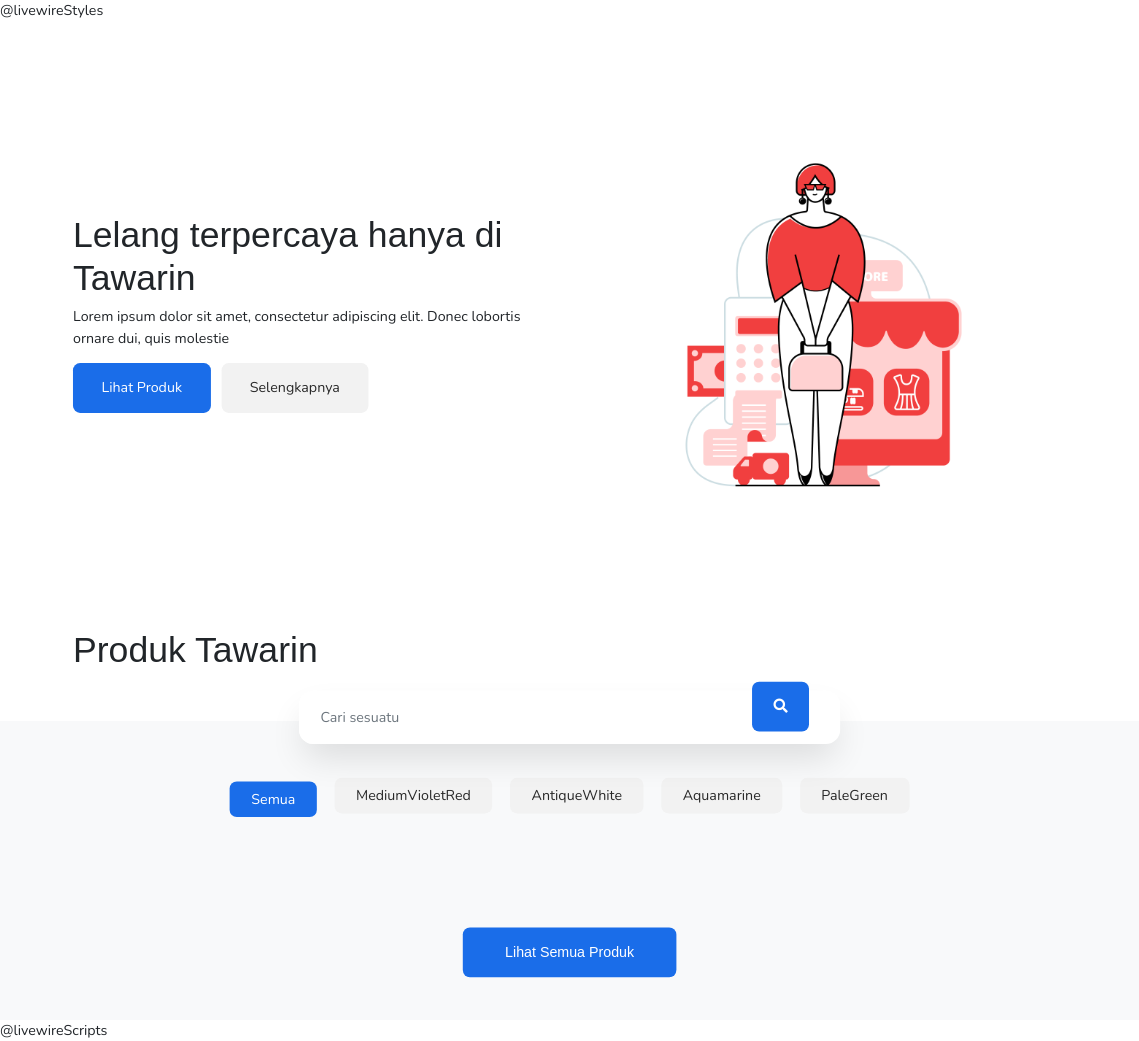
Repository: khulqu15/bidding-lite
Page: http://localhost/
The author's editor kept a copy of each file at every save. The page is drawn from the files as they stood at one save, then again after the next save.
The browser window is 1280 px wide. The pictures show the whole page, at 89% of full size.
Some web fonts or font styles are not loaded; a fallback is used. The page is served by the project's Laravel application, run on PHP 8.4 with Laravel 8. The database holds what the project's SQL file puts in it.

Above is the page before, as saved 2022-03-01 01:01:20.

After the next save:
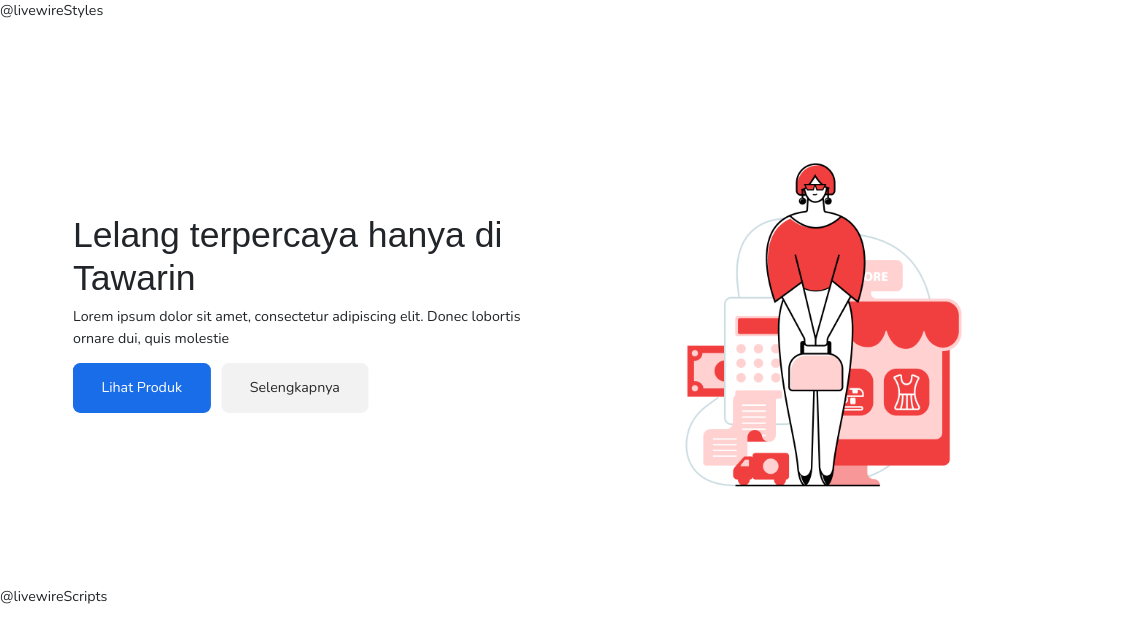
Saved 8 min 17 s later.
--- a/resources/views/welcome.blade.php
+++ b/resources/views/welcome.blade.php
@@ -18,61 +18,4 @@
     </div>
 </div>
 
-<div class="container mt-5">
-    <div class="row">
-        <div class="col-md-12">
-            <h1 class="viga">Produk Tawarin</h1>
-        </div>
-    </div>
-</div>
-
-<div class="container-fluid mt-5 pt-3 bg-light">
-    <div class="container">
-        <div class="row">
-            <div class="col-md-8 offset-md-2 text-center position-relative">
-                <div class="input-search-home">
-                    <form action="{{ route('home') }}" method="GET">
-                        <div class="row">
-                            <div class="col-9">
-                                <input value="{{ request()->get('name') == null ? null : request()->get('name') }}"
-                                type="text" name="name" placeholder="Cari sesuatu" class="form-control px-4 border-0">
-                            </div>
-                            <div class="col-3">
-                                @if (Request::get('name') == null)
-                                    <button type="submit" class="btn btnm-primary px-4">
-                                        <i class="fas fa-search"></i>
-                                    </button>
-                                @else
-                                    <a href="{{ route('home') }}" type="button" class="btn btnm-light px-4">
-                                        <i class="fas fa-undo"></i>
-                                    </a>
-                                @endif
-                            </div>
-                        </div>
-                    </form>
-                </div>
-            </div>
-            <div class="col-md-12 text-center">
-                <div class="pt-5 pb-3 d-inline-block">
-                    <a href="{{ route('home') }}" class="btn {{ request()->get('category') == null ? 'btnm-primary' : 'btnm-light' }} btnm-primary my-md-0 my-2 mx-2 px-4 py-2">Semua</a>
-                    @foreach ($categories as $category)
-                        <a href="{{ route('home', ['category' => $category->id]) }}"
-                        class="btn {{ request()->get('category') == $category->id ? 'btnm-primary' : 'btnm-light' }} mb-md-2 mt-md-0 my-2 mx-2 px-4 py-2">{{ $category->name }}</a>
-                    @endforeach
-                </div>
-            </div>
-        </div>
-        <div class="row mt-4">
-            @foreach ($products as $product)
-            <div class="col-md-4 col-sm-6 my-2">
-                <livewire:components.card-product :product='$product'/>
-            </div>
-            @endforeach
-            <div class="col-12 text-center py-4 mt-4">
-                <button onclick="window.location = '{{ route('products') }}'" class="btn btnm-primary px-5 mb-4 py-3 viga">Lihat Semua Produk</button>
-            </div>
-        </div>
-    </div>
-</div>
-
 @endsection
